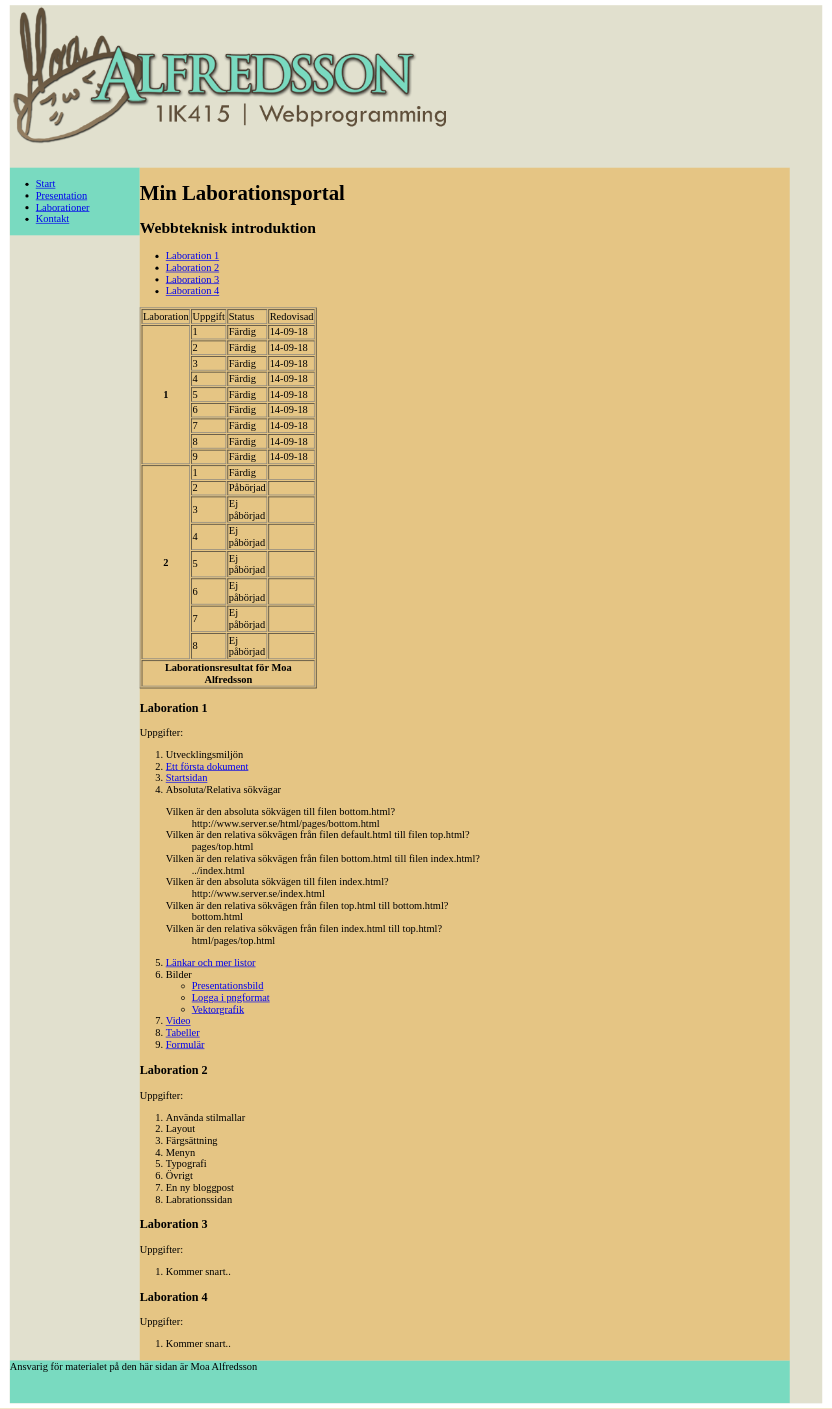
Repository: ma223md/1ik415
Page: Pages/laborationer.html
The author's editor kept a record of every edit. The page is drawn from the files as they stood at one moment, then again after the next edit.
The browser window is 1280 px wide. The pictures show the whole page, at 65% of full size.

Above is the page before.

After the next edit:
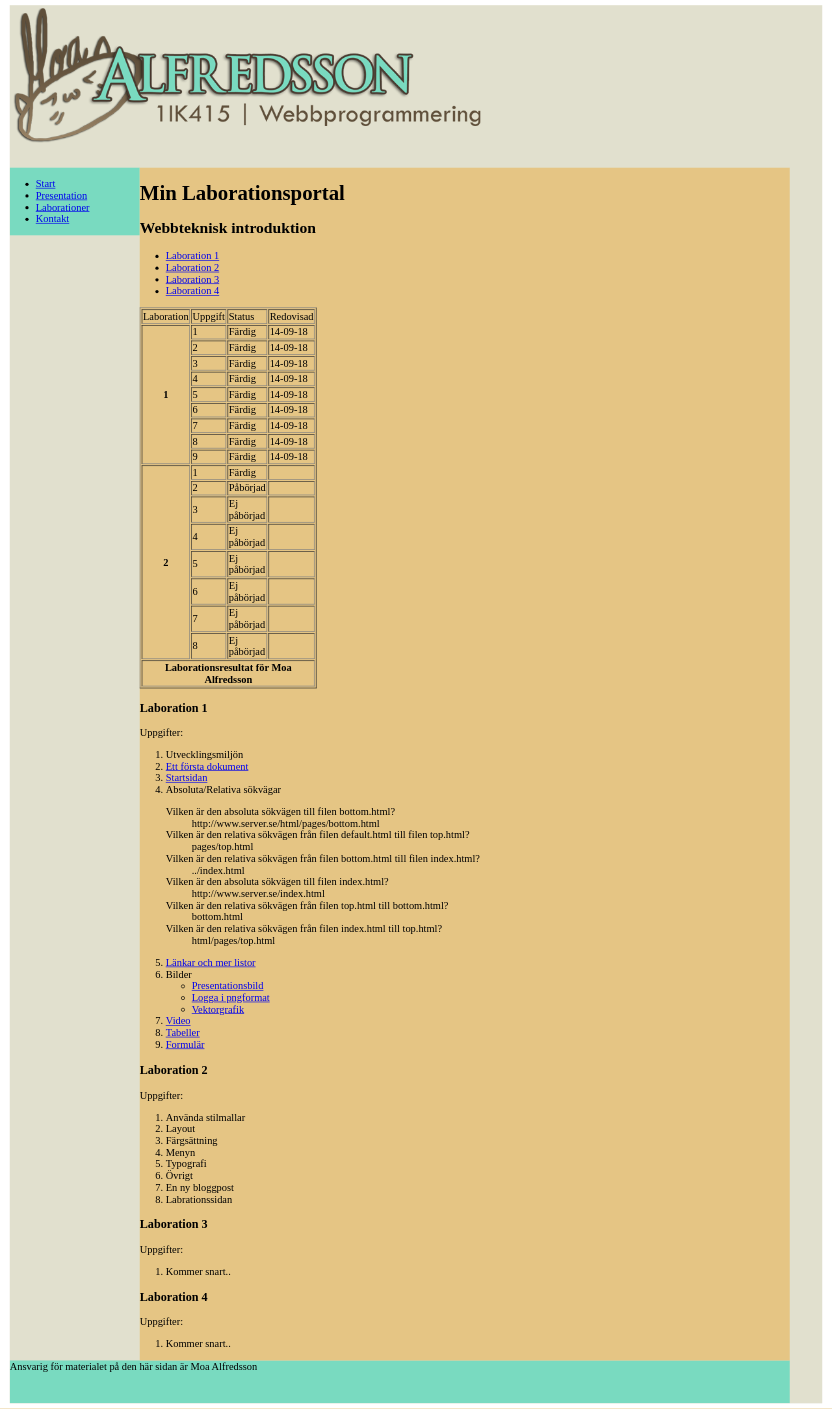
The edit:
--- a/Pages/laborationer.html
+++ b/Pages/laborationer.html
@@ -9,7 +9,7 @@
     <body>
         <div id="container">
             <div id="header">
-                <img src="../Pictures/logga2.png" alt="logga">
+                <img src="../Pictures/logga.png" alt="logga">
             </div>
 
             <div id="navigation">
